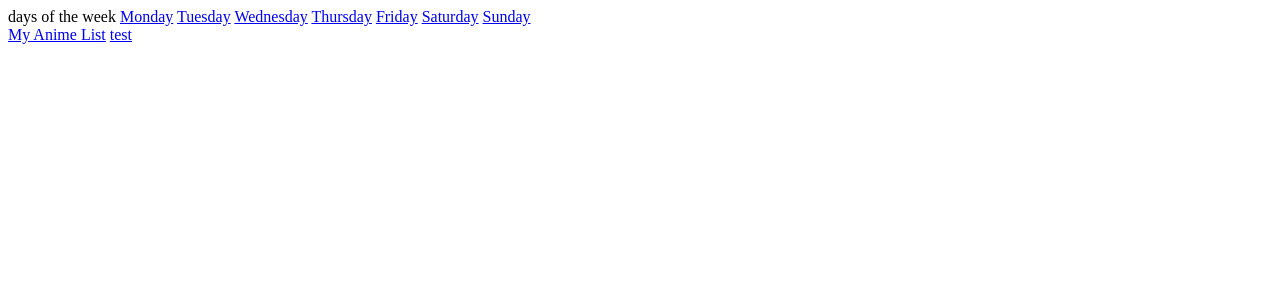
Repository: Art-of-Arts/dotFiles
Page: Documents/pages/index.html
These files come from the project's save history. The page is drawn as it stood at one moment and after the next save; the edit follows.
The browser window is 1280 px wide. The pictures show the whole page.

Above is the page before, as saved 2025-03-15 23:25:13.

After the next save:
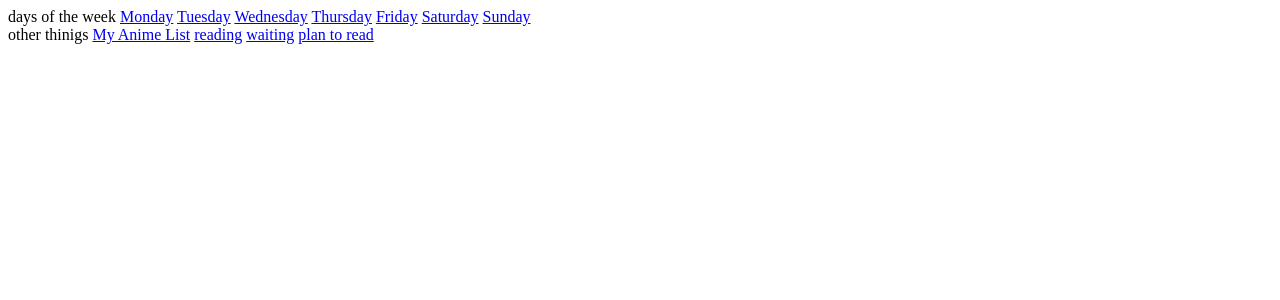
Saved 2 min 11 s later.
--- a/Documents/pages/index.html
+++ b/Documents/pages/index.html
@@ -3,7 +3,7 @@
 <title>Select Title</title>
 
 <div>
-    <body> days of the week</body>
+    <body>days of the week </body>
     <a style="white-space: pre-line;" href="dotw/monday.html">Monday</a>
     <a style="white-space: pre-line;" href="dotw/tuesday.html">Tuesday</a>
     <a style="white-space: pre-line;" href="dotw/wednesday.html">Wednesday</a>
@@ -13,6 +13,9 @@
     <a style="white-space: pre-line;" href="dotw/sunday.html">Sunday</a>
 </div>
 <div>
+    <body>other thinigs </body>
     <a style="white-space: pre-line;" href="mal.html">My Anime List</a>
-    <a style="white-space: pre-line;" href="sunday.html">test</a>
+    <a style="white-space: pre-line;" href=".html">reading</a>
+    <a style="white-space: pre-line;" href=".html">waiting</a>
+    <a style="white-space: pre-line;" href=".html">plan to read</a>
 </div>
